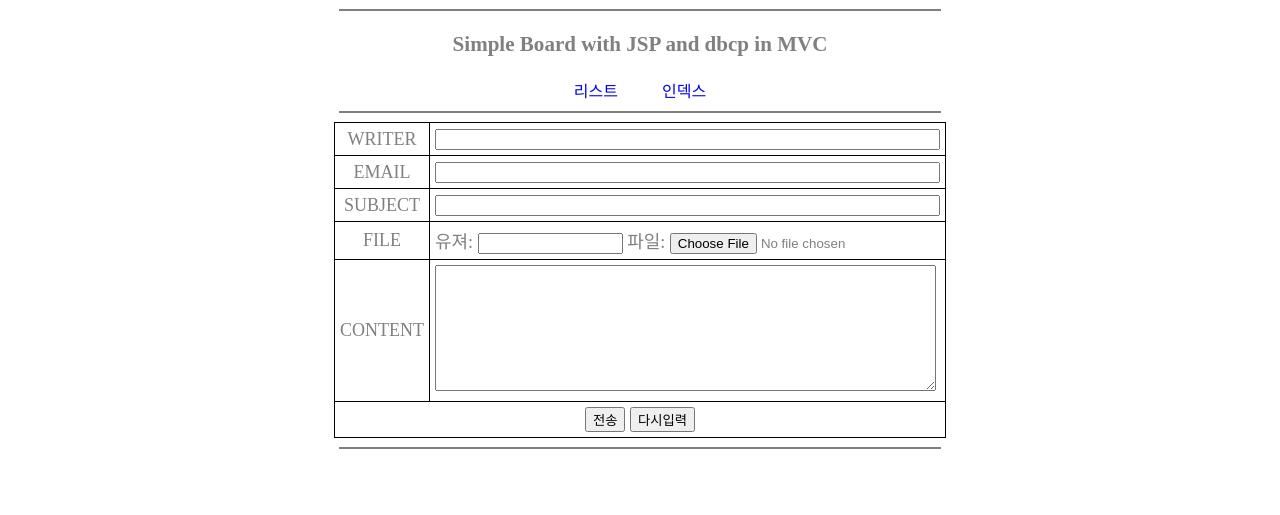
Repository: betweenhj702/Web-App-Server-Practices
Page: http://localhost/MvcPj/sm/write_jsp.jsp
These files come from the project's save history. The page is drawn as it stood at one moment and after the next save; the edit follows.
The browser window is 1280 px wide. The pictures show the whole page.
The page is served by Tomcat 9.

Above is the page before, as saved 2021-01-06 13:00:51.
Console error: TypeError: input.writer.focus is not a function

After the next save:
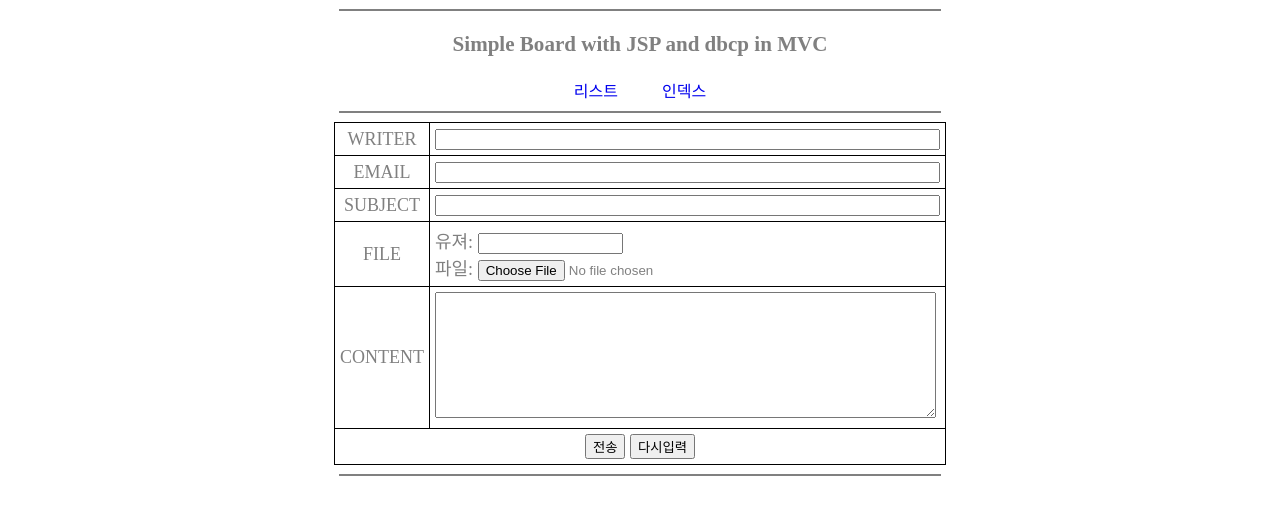
Saved 21 s later.
--- a/workspace/MvcPj/WebContent/sm/write_jsp.jsp
+++ b/workspace/MvcPj/WebContent/sm/write_jsp.jsp
@@ -92,7 +92,7 @@
 		  </tr>
 		   <tr>
 		     <td align="center">FILE</td>
-			 <td> 유져: <input type="text" name="writer" size="15"> 파일: <input type="file" name="fname"></td>
+			 <td> 유져: <input type="text" name="writer" size="15"><br/> 파일: <input type="file" name="fname"></td>
 		  </tr>
 		  <tr>
 		     <td align="center">CONTENT</td>
